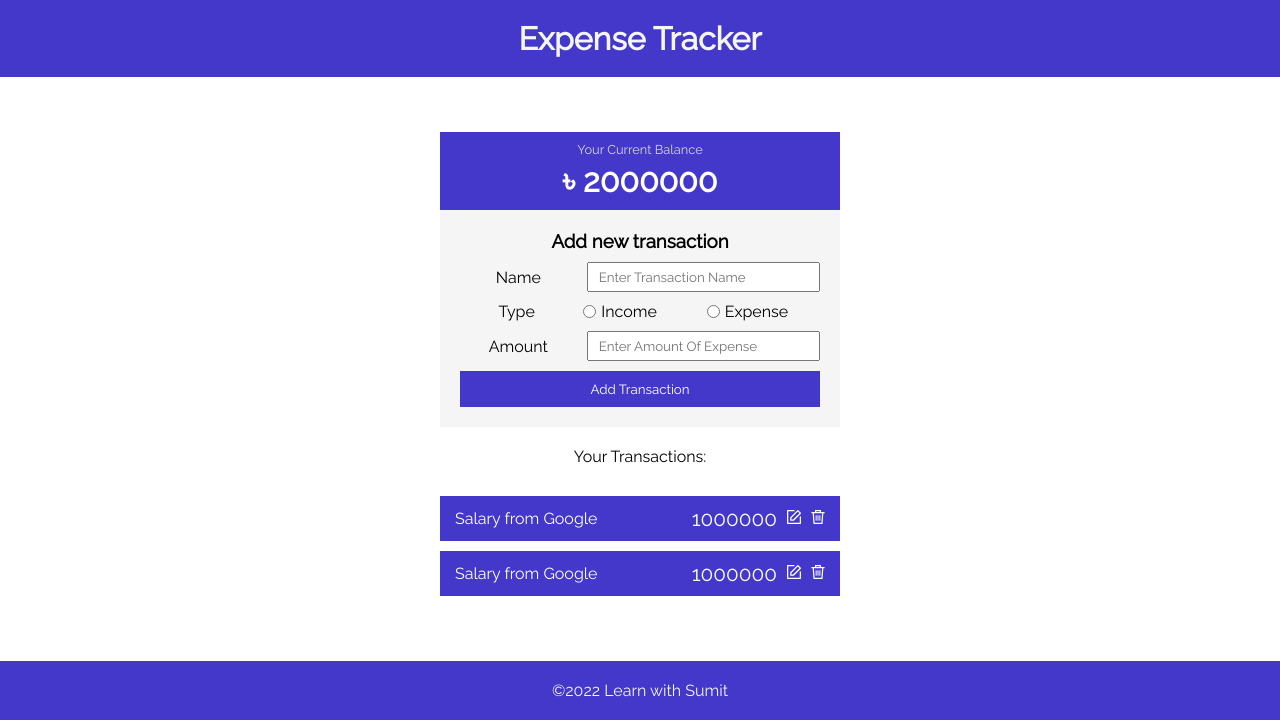
Repository: Tanvir3744/redux-expense-tracker
Page: /
The author's editor kept a copy of each file at every save. The page is drawn from the files as they stood at one save, then again after the next save.
The browser window is 1280 px wide. The pictures show the whole page.
The project was rebuilt for these pictures with package versions that can differ from the ones it lists, and the page was loaded fresh each time. Requests to the local data server were answered from the project's data file.

Above is the page before, as saved 2022-11-15 01:53:32.

### public/index.html
<!DOCTYPE html>
<html lang="en">
  <head>
    <meta charset="utf-8" />
    <link rel="icon" href="%PUBLIC_URL%/images/favicon.png" />
    <meta name="viewport" content="width=device-width, initial-scale=1" />
    <meta name="theme-color" content="#000000" />
    <meta
      name="description"
      content="Web site created using create-react-app"
    />
    <link rel="apple-touch-icon" href="%PUBLIC_URL%/logo192.png" />
    <!--
      manifest.json provides metadata used when your web app is installed on a
      user's mobile device or desktop. See https://developers.google.com/web/fundamentals/web-app-manifest/
    -->
    <link rel="manifest" href="%PUBLIC_URL%/manifest.json" />
    <link rel="stylesheet" href="%PUBLIC_URL%/css/style.css">

    <title>Monthly Expense Tracker</title>
  </head>
  <body>
    <noscript></noscript>
    <div id="root"></div>

  </body>
</html>

### src/app/store.js
import { configureStore, getDefaultMiddleware } from '@reduxjs/toolkit';
import transactionReducer from '../features/moneyTransApi/transSlice'

export const store = configureStore({
  reducer: {
    counter: transactionReducer,
  },
});

### src/App.js
import React from 'react';
import './App.css';
import Balance from './components/Balance';
import Form from './components/Form';
import Transations from './components/Transations';

function App() {
  return (
    <div className="App">
      <div className="header">
        <h1>Expense Tracker</h1>
      </div>
      <div className="main">
        <div className="container">
          <Balance />
          <Form />
          <Transations />
        </div>
      </div>
      {/* footer component */}
      <div className="footer">&copy;2022 Learn with Sumit</div>
    </div>
  );
}

export default App;

### src/features/moneyTransApi/transSlice.js
import { createAsyncThunk, createSlice } from "@reduxjs/toolkit"
import { getTransactions, addTransactions, updateTransactions, deleteTransactions } from './transApi'
// initializing the state
const initialState = {
    transactions: [],
    isLoading: false,
    isError: false,
    error: '',
    editing: {}
}

// async thunk for get request
export const fetchTransactions = createAsyncThunk('transaction/fetchTransaction', async () => {
    const transactions = await getTransactions()
    return transactions;
})

// async thunk for post data to server
export const createTransaction = createAsyncThunk('transaction/createTransaction', async (data) => {
    const transaction = await addTransactions(data);
    return transaction;
})

// async thunk for update data to server
export const updatingTransaction = createAsyncThunk('transaction/updateTransaction', async ({ id, data }) => {
    const editTransaction = await updateTransactions(id, data )  // here we always whould pass plain data not object
    return editTransaction;
})

// async thunk for deleting data from the server
export const deleteTransaction = createAsyncThunk('transaction/deleteTransaction', async (id) => {
    const delTransaction = await deleteTransactions(id);
    return delTransaction;
})

const transactionSlice = createSlice({
    name: 'transaction',
    initialState,
    reducers: {
        editActive: (state, action) => {
            state.editing = action.payload;
        },
        editInActive: (state, action) => {
            state.editing = {}
        }
    },
    extraReducers: (builder) => {
        builder
            .addCase(fetchTransactions.pending, (state, action) => {
                state.isLoading = false;
                state.isError = false;
            })
            .addCase(fetchTransactions.fulfilled, (state, action) => {
                state.isLoading = false;
                state.isError = false;
                state.error = '';
                state.transactions = action.payload;
            })
            .addCase(fetchTransactions.rejected, (state, action) => {
                state.isLoading = false;
                state.error = action.error?.message;
                state.isError = true;
                state.transactions = [];
            })
            .addCase(createTransaction.pending, (state, action) => {
                state.isLoading = false;
                state.isError = false;
            })
            .addCase(createTransaction.fulfilled, (state, action) => {
                state.isLoading = false;
                state.isError = false;
                state.error = '';
                state.transactions.push(action.payload);
            })
            .addCase(createTransaction.rejected, (state, action) => {
                state.isLoading = false;
                state.error = action.error?.message;
                state.isError = true;
            })
            .addCase(updatingTransaction.pending, (state, action) => {
                state.isLoading = false;
                state.isError = false;
            })
            .addCase(updatingTransaction.fulfilled, (state, action) => {
                state.isLoading = false;
                state.isError = false;
                state.error = '';
                const indexToUpdate = state.transactions.findIndex(transaction => transaction.id === action.payload.id)
                state.transactions[indexToUpdate] = action.payload;
            })
            .addCase(updatingTransaction.rejected, (state, action) => {
                state.isLoading = false;
                state.error = action.error?.message;
                state.isError = true;
            })
            .addCase(deleteTransaction.pending, (state, action) => {
                state.isLoading = false;
                state.isError = false;
            })
            .addCase(deleteTransaction.fulfilled, (state, action) => {
                state.isLoading = false;
                state.isError = false;
                state.error = '';
                state.transactions = state.transactions.filter(transaction => transaction.id !== action.meta.arg)
            })
            .addCase(deleteTransaction.rejected, (state, action) => {
                state.isLoading = false;
                state.error = action.error?.message;
                state.isError = true;
            })
    }
})

export default transactionSlice.reducer;
export const { editActive, editInActive} = transactionSlice.actions;

### src/components/Balance.js
import React from 'react'
import { useSelector } from 'react-redux'

export default function Balance() {
    const { transactions } = useSelector(state => state.counter)

    // thousand separator
    function numberWithCommas(x) {
        return x.toString().replace(/\B(?=(\d{3})+(?!\d))/g, ",");
    }

    //calculating the balnce
    const calBalance = () => {
        let income = 0;

        transactions.forEach(transaction => {
            if (transaction.type === 'income') {
                income += transaction.amount;
            } else {
                income -= transaction.amount;
            }
        });
        return income;
    }
    return (
        <div className="top_card">
            <p>Your Current Balance</p>
            <h3>
                <span>৳ {' '}</span>
                <span>{calBalance()}</span>
            </h3>
        </div>
    )
}

### src/components/Form.js
import React, { useEffect, useState } from 'react'
import { useDispatch, useSelector } from 'react-redux'
import { createTransaction, updatingTransaction } from '../features/moneyTransApi/transSlice'

export default function Form() {
    const [name, setName] = useState('')
    const [type, setType] = useState('')
    const [amount, setAmount] = useState('')
    const [edit, setEdit] = useState(false)


    const dispatch = useDispatch()
    const { isLoading, isError, error } = useSelector(state => state?.counter)

    const { editing } = useSelector(state => state?.counter) || {};
    //whenever we want to re-render somthing to our ui (update) we have to use useEffect for updating these things\
    /* useEffect(() => {
        const { id, name, amount, type } = editing || {};
        if (id) {
            setEdit(true)
            setName(name)
            setType(type)
            setAmount(amount)
        } else {
            setEdit(false)
            handleResetForm();
        }
    }, [editing, name, amount, type]) */
    useEffect(() => {
        const { id, name, amount, type } = editing || {};
        if (id) {
          setEdit(true);
          setName(name);
          setType(type);
          setAmount(amount);
        } else {
          setEdit(false);
          handleResetForm();
        }
      }, [editing]);

    const handleResetForm = () => {
        //making empty our input fields
        setName('')
        setType('')
        setAmount('')
    }

    const handleCreate = (e) => {
        e.preventDefault();
        dispatch(createTransaction({
            name: name,
            type: type,
            amount: Number(amount)
        }))
        handleResetForm();
    }

    const cancelEditMode = () => {
        setEdit(false)
        handleResetForm()
    }

    const handleUpdate = (e) => {
        e.preventDefault();
        dispatch(updatingTransaction({
            id: editing?.id,
            data: {
                name: name,
                amount: Number(amount),
                type: type,
            }
        }))
        handleResetForm();
    }

    return (
        <div className="form">
            <h3>Add new transaction</h3>

            <form onSubmit={edit ? handleUpdate : handleCreate}>

                <div className="form-group">
                    <label>Name</label>
                    <input
                        id='name'
                        type="text"
                        name="name"
                        placeholder="Enter Transaction Name"
                        value={name}
                        onChange={e => setName(e.target.value)}
                        required
                        className="px-2 py-1 border border-blue-300 focus:outline-none"
                    />
                </div>

                <div className="form-group radio">
                    <label>Type</label>
                    <div className="radio_group">
                        <input
                            type="radio"
                            value="income"
                            name="type"
                            checked={type === 'income'}
                            onChange={(e) => setType('income')}
                            required
                        />
                        <label>Income</label>
                    </div>
                    <div className="radio_group">
                        <input
                            type="radio"
                            value="expense"
                            name="type"
                            placeholder="Expense"
                            checked={type === 'expense'}
                            onChange={e => setType('expense')}
                            required
                        />
                        <label>Expense</label>
                    </div>
                </div>

                <div className="form-group">
                    <label>Amount</label>
                    <input
                        type="number"
                        placeholder="Enter Amount Of Expense"
                        name="amount"
                        value={amount}
                        onChange={e => setAmount(e.target.value)}
                        required
                    />
                </div>
                {
                    !isLoading && isError && (<small className='erorr'>There was an error occured{error}</small>)
                }
                <button disabled={isLoading} type="submit" className="btn">{edit ? "Update Transaction" : "Add Transaction"}</button>
            </form>


            {
                edit && <button className="btn cancel_edit" onClick={cancelEditMode}>Cancel Edit</button>
            }
        </div>
    )
}

### src/components/Transations.js
import React, { useEffect } from 'react'
import { useDispatch, useSelector } from 'react-redux'
import { fetchTransactions } from '../features/moneyTransApi/transSlice'
import AloneTransaction from './AloneTransaction'
export default function Transations() {
    const { isLoading, isError, error, transactions } = useSelector(state => state.counter)

    const dispatch = useDispatch()
    useEffect(() => {
        dispatch(fetchTransactions())
    },[dispatch])

    // decide what to render
    let content;
    if (isLoading && !isError) {
        content = '...loading...';
    }

    if (!isLoading && isError) {
        content = <small className='error'>{error?.message}</small>
    }

    if (!isLoading && !isError && transactions.length === 0) {
        content = <small className="error">No transactions found in queue</small>
    }

    return (
        <>
            <p className="second_heading">Your Transactions:</p>
            <div className="conatiner_of_list_of_transactions">
                <ul>
                    { !isLoading && !isError &&
                        transactions.map(transaction => <AloneTransaction key={transaction.id} transaction={transaction}  /> )
                    }
                </ul>
            </div>
        </>
    )
}

### src/features/moneyTransApi/transApi.js
import axios from '../../utils/axios'

//write get request to get transactions from server with axios
export const getTransactions = async () => {
    const response = await axios.get('/transactions');
    return response.data;
}

/*
post request to server {note: wehenever we need to post some data to server we should pass an object along the url.
But, here we are passing the whole object through a parameter to avoid the syntactical complexity.}
*/
export const addTransactions = async(data) => {
    const response = await axios.post('/transactions', data);
    return response.data;
}


/* update request with axios to make update feature in our application */
export const updateTransactions =async (id, data) => {
    const response = await axios.put(`/transactions/${ id }`, data);
    return response.data;
}

/* delete request with axios */
export const deleteTransactions = async (id) => {
    const response = await axios.delete(`/transactions/${ id }`);
    return response.data;
}

### src/components/AloneTransaction.js
import React from 'react';
import EditImage from '../Assests/images/edit.svg';
import DeleteImage from '../Assests/images/delete.svg'
import { deleteTransaction, editActive } from '../features/moneyTransApi/transSlice';
import { useDispatch } from 'react-redux';
const AloneTransaction = (props) => {
    const {id, name, type, amount} = props.transaction;
    const dispatch = useDispatch()
    const handleEdit = () => {
        dispatch(editActive(props.transaction))
    }

    //handling delete transactions
    const handleDelete = async () => {
        await dispatch(deleteTransaction(id))
        console.log(id)
    }
    return (
        <li className={`transaction ${type}`}>
            <p>{name}</p>
            <div className="right">
                <p>{amount}</p>
                <button onClick={handleEdit} className="link">
                    <img
                        alt='editImage'
                        className="icon"
                        src={EditImage}
                    />
                </button>
                <button className="link" onClick={handleDelete}>
                    <img
                        alt='deleteImage'
                        className="icon"
                        src={DeleteImage}
                    />
                </button>
            </div>
        </li>
    );
};

export default AloneTransaction;

### src/utils/axios.js
import axios from 'axios'
const axiosInstance = axios.create({
    baseURL : 'http://localhost:9000/'
})

export default axiosInstance;

### public/css/style.css
@import url("https://fonts.googleapis.com/css2?family=Raleway&display=swap");

* {
    margin: 0;
    padding: 0;
    box-sizing: border-box;
    font-family: "Raleway", sans-serif;
}

.App {
    display: flex;
    flex-direction: column;
    min-height: 100vh;
}

.header,
.footer {
    padding: 20px;
    text-align: center;
    background-color: #4338ca;
    color: whitesmoke;
}

.main {
    flex-grow: 1;
    display: flex;
}

.container {
    width: 90%;
    max-width: 1024px;
    margin: 20px auto;
    display: flex;
    flex-direction: column;
    justify-content: center;
    align-items: center;
    align-self: center;
}

.top_card {
    background-color: #4338ca;
    color: white;
    padding: 10px 20px;
    min-width: 400px;
}

.top_card p {
    color: #d6d6d6;
    margin-bottom: 5px;
    font-size: 0.8rem;
}

.top_card h3 {
    font-size: 2rem;
}

.form {
    background-color: #f5f5f5;
    padding: 20px;
    width: 400px;
}

.form-group {
    display: grid;
    grid-template-columns: 1fr 2fr;
    gap: 10px;
    margin-top: 10px;
    margin-bottom: 10px;
}

.radio {
    grid-template-columns: 1fr 1fr 1fr;
}

input {
    padding: 5px 10px;
}

.btn {
    width: 100%;
    border: none;
    outline: none;
    cursor: pointer;
    padding: 10px;
    background-color: #4338ca;
    color: white;
    transition: background-color 0.3s ease;
}

.btn:hover {
    background-color: #094d3d;
}

ul {
    list-style: none;
    width: 400px;
}

label {
    display: block;
    align-self: center;
}

.radio_group {
    display: flex;
    align-items: center;
    gap: 5px;
}

.transaction {
    margin: 10px 0;
    color: white;
    padding: 10px 15px;
    display: flex;
    justify-content: space-between;
    align-items: center;
}

.error{
    color: #9e1028;
    font-family:monospace;
}

.income {
    background-color: #4338ca;
}

.expense {
    background-color: #9e1028;
}

.expense {
    background-color: #e6425e;
}

.transaction .right {
    display: flex;
    justify-content: space-between;
    align-items: center;
    gap: 10px;
}

.link {
    background: none;
    color: white;
    cursor: pointer;
    outline: none;
    border: none;
    transition: color 0.3s ease;
}

.link:hover {
    color: #d1f3ff;
}

.icon {
    width: 14px;
    height: 14px;
}

.right {
    display: inline-flex;
    gap: 10;
}

.right p {
    font-size: 1.3rem;
}

.red {
    background-color: #e6425e !important;
}

.cancel_edit {
    margin-top: 10px;
    background-color: #e6425e !important;
}

.cancel_edit:hover {
    background-color: #9e1028 !important;
}

.second_heading {
    margin: 20px 0;
    text-align: left;
}

.conatiner_of_list_of_transactions ul {
    max-height: 500px;
    overflow-y: auto;
}

@media (max-width: 450px) {
    .top_card,
    .form {
        min-width: 90%;
        width: 90%;
    }

    .form-group {
        display: flex;
        flex-direction: column;
        justify-content: left;
        align-items: stretch;
    }

    label {
        align-self: flex-start;
        margin-bottom: 5px;
    }

    .conatiner_of_list_of_transactions {
        width: 90vw;
    }

    ul {
        width: 90vw;
        max-height: 100px;
        overflow-y: auto;
    }

    .transaction {
        width: 90%;
        margin: 10px auto;
    }

    * {
        font-size: 95% !important;
    }
}

### server/db_transactions.json
{
  "transactions": [
    {
      "id": 1,
      "name": "Salary from Google",
      "type": "income",
      "amount": 1000000
    },
    {
      "name": "Salary from Google",
      "type": "income",
      "amount": 1000000,
      "id": 2
    }
  ]
}

Loaded but not shown: src/index.js (common file); src/reportWebVitals.js (common file); src/index.css (common file); src/App.css (common file)

After the next save:
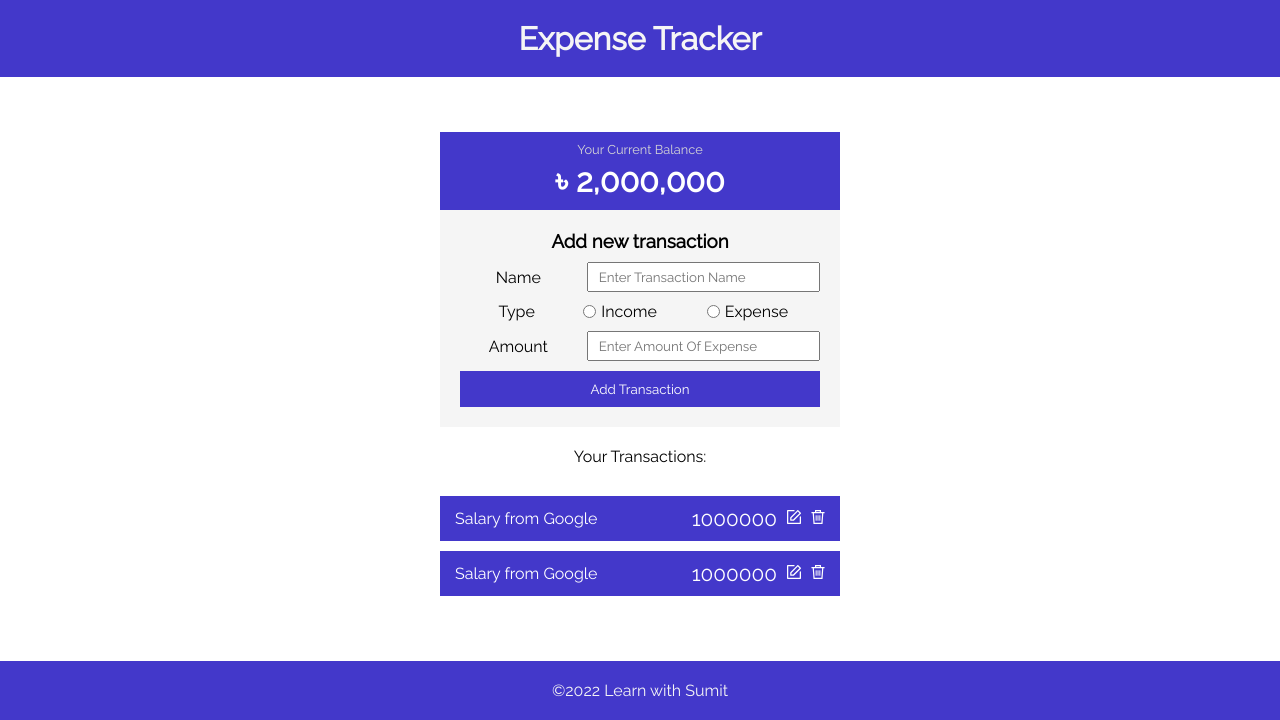
Saved 15 s later.
--- a/src/components/Balance.js
+++ b/src/components/Balance.js
@@ -27,7 +27,7 @@ export default function Balance() {
             <p>Your Current Balance</p>
             <h3>
                 <span>৳ {' '}</span>
-                <span>{calBalance()}</span>
+                <span>{numberWithCommas(calBalance())}</span>
             </h3>
         </div>
     )
